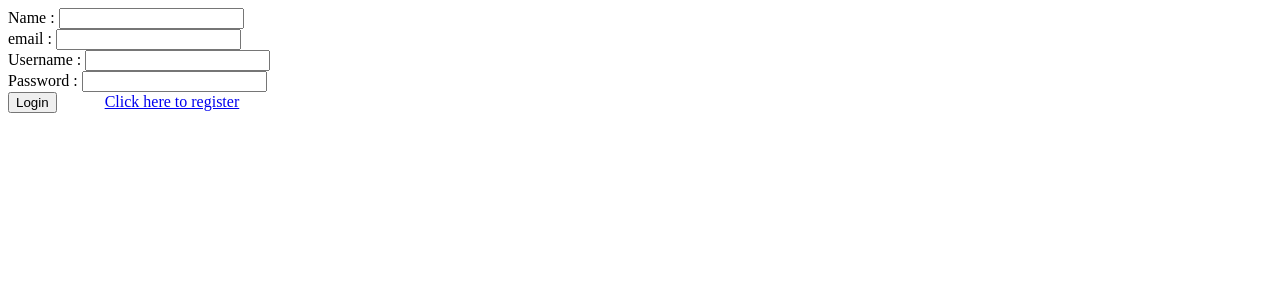
Repository: Aviligonda/Servlet_Programs
Page: FirstJavaWeb/src/main/webapp/register.html
These files come from the project's save history. The page is drawn as it stood at one moment and after a run of saves; the edit follows.
The browser window is 1280 px wide. The pictures show the whole page.

Above is the page before, as saved 2024-11-22 11:55:51.

### FirstJavaWeb/src/main/webapp/register.html
<!DOCTYPE html>
<html>
<head>
<meta charset="UTF-8">
<title>New Registration</title>
</head>
<body>
<form action="Login" method="post">
        Name : <input type="text" name="name"><br>
		email : <input type="text" name="email"><br>
		Username : <input type="text" name="username"><br>
		Password : <input type="password" name="password"><br>
		<input type="submit" value=Login>
		&nbsp;&nbsp;&nbsp;&nbsp;&nbsp;&nbsp;&nbsp;&nbsp;&nbsp;&nbsp;
		<a href="register.html"> Click here to register</a>
	</form>
</body>
</html>

After the next 2 saves:
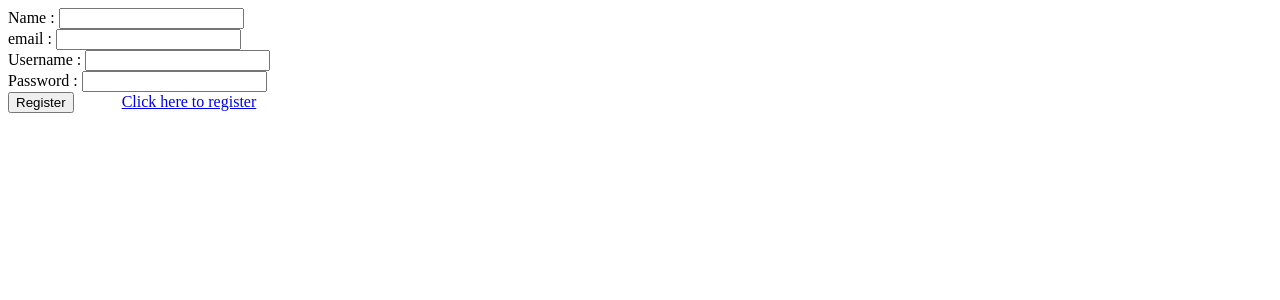
The 2 saves are shown as one change because they came seconds apart.
The last was saved 15 s later.
--- a/FirstJavaWeb/src/main/webapp/register.html
+++ b/FirstJavaWeb/src/main/webapp/register.html
@@ -10,7 +10,7 @@
 		email : <input type="text" name="email"><br>
 		Username : <input type="text" name="username"><br>
 		Password : <input type="password" name="password"><br>
-		<input type="submit" value=Login>
+		<input type="submit" value=Register>
 		&nbsp;&nbsp;&nbsp;&nbsp;&nbsp;&nbsp;&nbsp;&nbsp;&nbsp;&nbsp;
 		<a href="register.html"> Click here to register</a>
 	</form>
